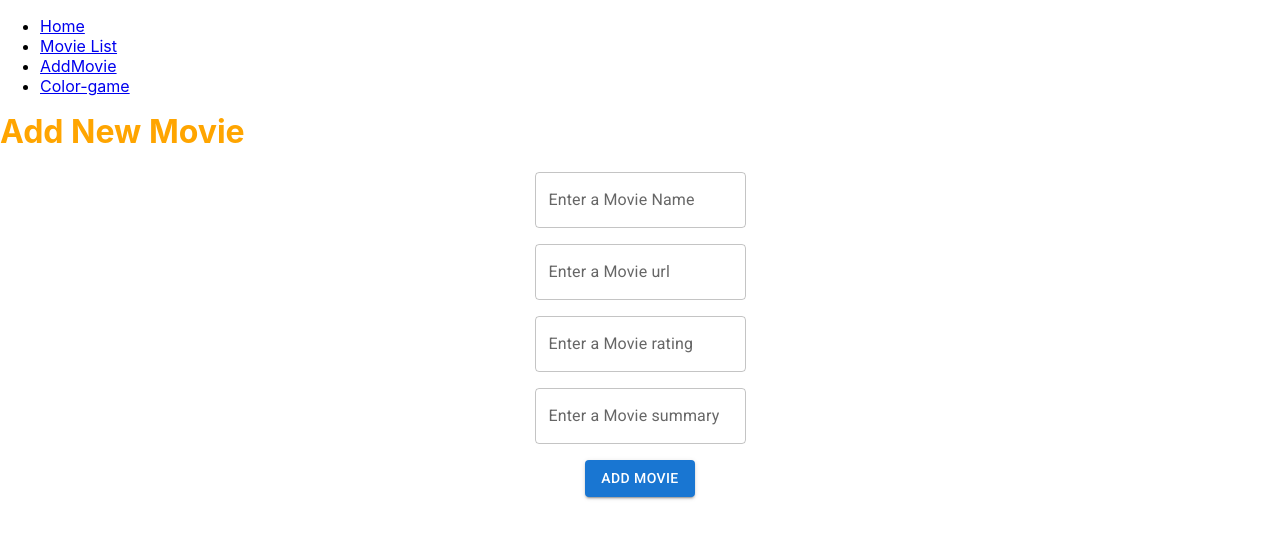
Repository: baladhinesh18/first-app
Page: /AddMovie
These files come from the project's save history. The page is drawn as it stood at one moment and after the next save; the edit follows.
The browser window is 1280 px wide. The pictures show the whole page.
The project was rebuilt for these pictures with package versions that can differ from the ones it lists, and the page was loaded fresh each time. Also part of the build but not shown: src/AddColor.js, src/Counter.js, src/App.js.

Above is the page before, as saved 2022-02-03 16:48:21.

After the next save:
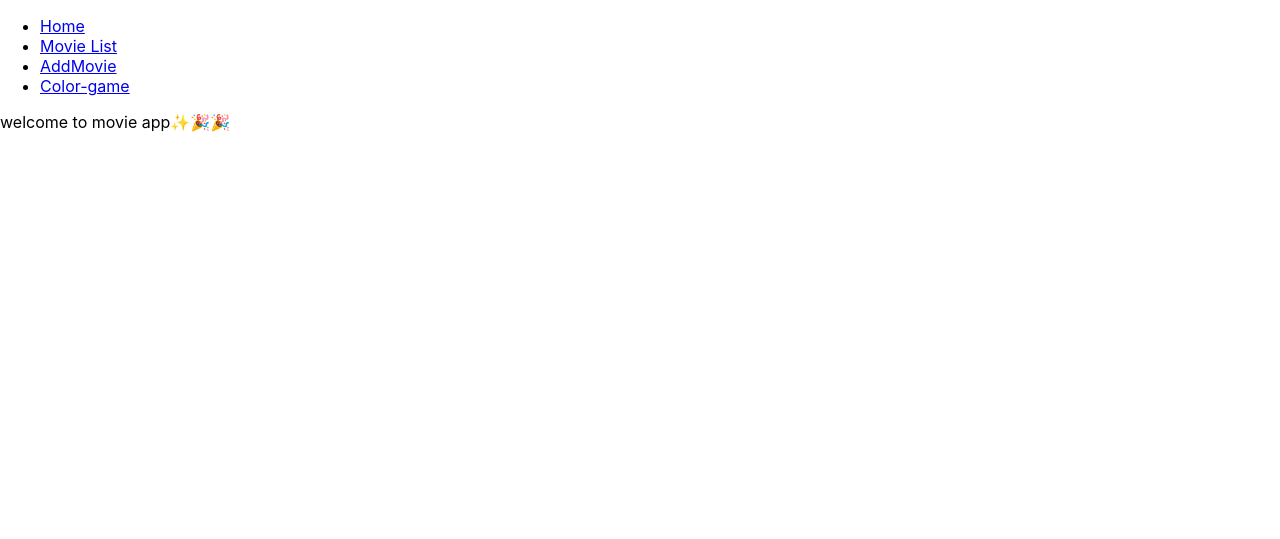
Saved 17 s later.
--- a/src/App.1.js
+++ b/src/App.1.js
@@ -61,7 +61,7 @@
     </ul>
 
         <Switch>
-    <Route path="/Home">
+    <Route path="/">
        welcome to movie app✨🎉🎉
        </Route>
       <Route path="/AddMovie">

After the 2 saves that followed:
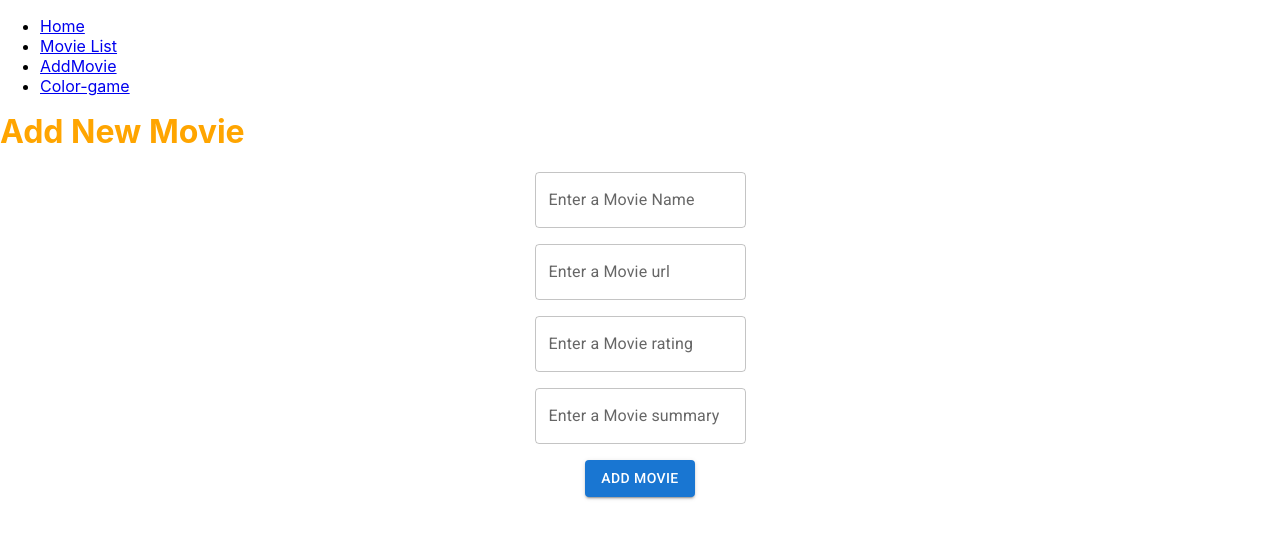
The 2 saves are shown as one change because 1 left the picture as it was.
The last was saved 50 s later.
--- a/src/App.1.js
+++ b/src/App.1.js
@@ -47,7 +47,7 @@
       <div>
     <ul>
     <li>
-      <Link export to="/">Home</Link>
+      <Link to="/">Home</Link>
     </li>
     <li>
       <Link to="/Counter">Movie List</Link>
@@ -61,7 +61,7 @@
     </ul>
 
         <Switch>
-    <Route path="/">
+    <Route exact path="/">
        welcome to movie app✨🎉🎉
        </Route>
       <Route path="/AddMovie">
